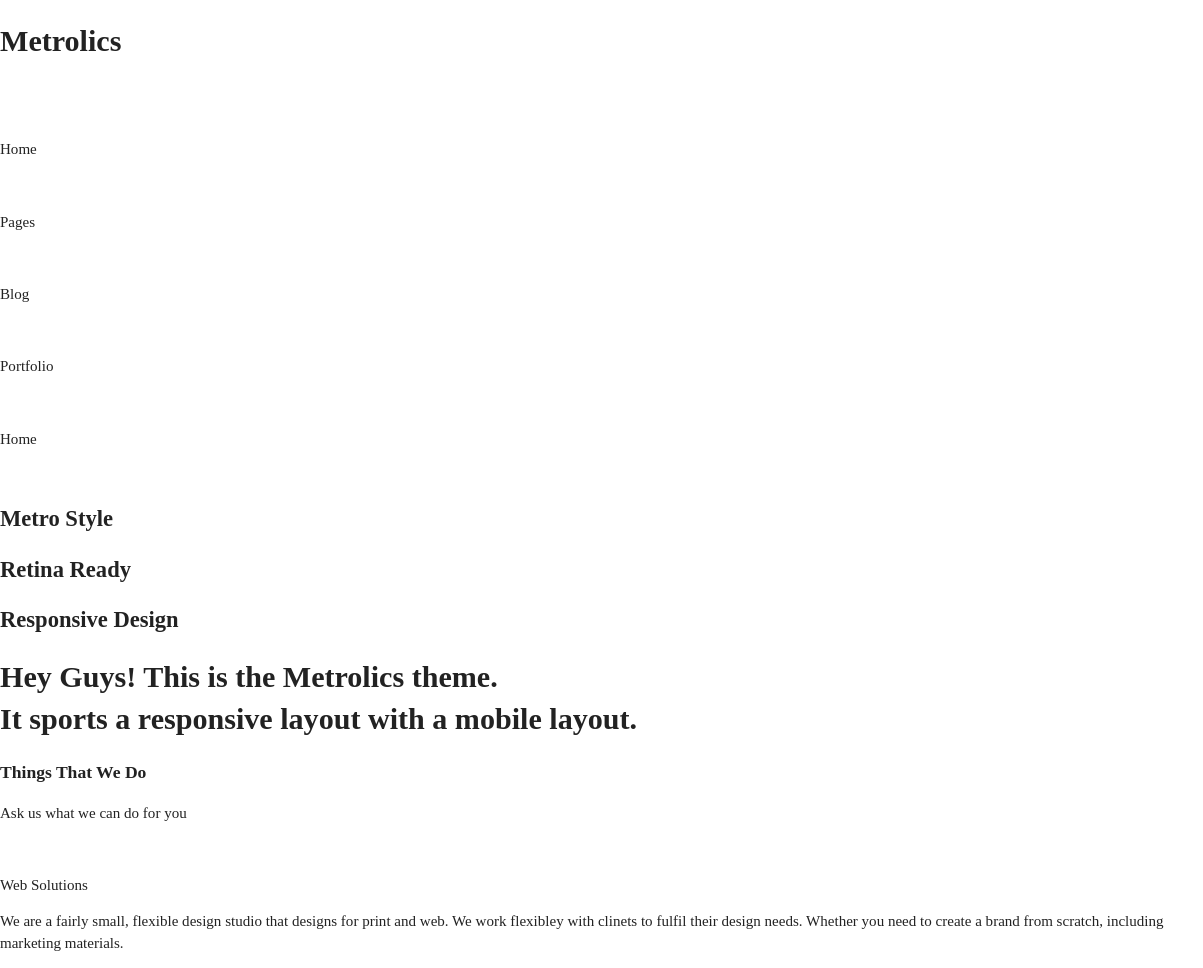
Repository: claudiashin/metrolics
Page: index.html
An editor plug-in stored every save of this project. The page is shown before and after the next save, followed by the edit.
The browser window is 1280 px wide. The pictures show the whole page, at 94% of full size.

Above is the page before, as saved 2021-01-27 15:43:00.

### index.html
<!doctype html>
<html class="no-js" lang="EN">

<head>
  <meta charset="utf-8">
  <title>MDIA 2003 Lab 3</title>
  <meta name="description" content="">
  <meta name="viewport" content="width=device-width, initial-scale=1">

  <link rel="manifest" href="site.webmanifest">
  <link rel="apple-touch-icon" href="icon.png">
  <!-- Place favicon.ico in the root directory -->

  <link rel="stylesheet" href="css/normalize.css">
  <link rel="stylesheet" href="css/main.css">
</head>

<body>
  <header class="page_header">
    <div class="logo">
      <div><h1>Metrolics</h1></div>
      <div class="logoimg"><img src=""></div>
    </div>
  </header>

  <nav class="page_nav">
    <div class="nav_container">
      <div class="nav_icon">
        <div><img src=""></div>
        <p>Home</p>
      </div>
      <div class="nav_icon">
        <div><img src=""></div>
        <p>Pages</p>
      </div><div class="nav_icon">
        <div><img src=""></div>
        <p>Blog</p>
      </div><div class="nav_icon">
        <div><img src=""></div>
        <p>Portfolio</p>
      </div><div class="nav_icon">
        <div><img src=""></div>
        <p>Home</p>
      </div>
    </div>
  </nav>

  <section class="main_container">
    <div class="heroimg">
      <img src="">
    </div>
    <div class="">
      <h2>Metro Style</h2>
      <h2>Retina Ready</h2>
      <h2>Responsive Design</h2>
    </div>
  </section>

  <section class="main_container">
    <div>
      <h1>Hey Guys! This is the <span class="textcol">Metrolics</span> theme.<br>It sports a responsive layout with a mobile layout.</h1>
    </div>
  </section>

  <section class="main_container">
    <div class="container">
      <h3>Things That We Do</h3>
      <p>Ask us what we can do for you</p>
    </div>
    <div class="container">
      <div class="container_feature">
        <div class="feature_img">
          <img src="">
        </div>
        <div><p>Web Solutions</p></div>
        <div><p>We are a fairly small, flexible design studio that designs for print
          and web. We work flexibley with clinets to fulfil their design needs. Whether
          you need to create a brand from scratch, including marketing materials.
        </p></div>
      </div>

    </div>

  </section>

  <section class="main_container">

  </section>

  <section class="main_container">

  </section>

  <article class="main_container">

  </article>

  <footer>

  </footer>
</body>

</html>

### css/main.css
/*! HTML5 Boilerplate v8.0.0 | MIT License | https://html5boilerplate.com/ */

/* main.css 2.1.0 | MIT License | https://github.com/h5bp/main.css#readme */
/*
 * What follows is the result of much research on cross-browser styling.
 * Credit left inline and big thanks to Nicolas Gallagher, Jonathan Neal,
 * Kroc Camen, and the H5BP dev community and team.
 */

/* ==========================================================================
   Base styles: opinionated defaults
   ========================================================================== */

html {
  color: #222;
  font-size: 1em;
  line-height: 1.4;
}

/*
 * Remove text-shadow in selection highlight:
 * https://twitter.com/miketaylr/status/12228805301
 *
 * Vendor-prefixed and regular ::selection selectors cannot be combined:
 * https://stackoverflow.com/a/16982510/7133471
 *
 * Customize the background color to match your design.
 */

::-moz-selection {
  background: #b3d4fc;
  text-shadow: none;
}

::selection {
  background: #b3d4fc;
  text-shadow: none;
}

/*
 * A better looking default horizontal rule
 */

hr {
  display: block;
  height: 1px;
  border: 0;
  border-top: 1px solid #ccc;
  margin: 1em 0;
  padding: 0;
}

/*
 * Remove the gap between audio, canvas, iframes,
 * images, videos and the bottom of their containers:
 * https://github.com/h5bp/html5-boilerplate/issues/440
 */

audio,
canvas,
iframe,
img,
svg,
video {
  vertical-align: middle;
}

/*
 * Remove default fieldset styles.
 */

fieldset {
  border: 0;
  margin: 0;
  padding: 0;
}

/*
 * Allow only vertical resizing of textareas.
 */

textarea {
  resize: vertical;
}

/* ==========================================================================
   Author's custom styles
   ========================================================================== */

/* ==========================================================================
   Helper classes
   ========================================================================== */

/*
 * Hide visually and from screen readers
 */

.hidden,
[hidden] {
  display: none !important;
}

/*
 * Hide only visually, but have it available for screen readers:
 * https://snook.ca/archives/html_and_css/hiding-content-for-accessibility
 *
 * 1. For long content, line feeds are not interpreted as spaces and small width
 *    causes content to wrap 1 word per line:
 *    https://medium.com/@jessebeach/beware-smushed-off-screen-accessible-text-5952a4c2cbfe
 */

.sr-only {
  border: 0;
  clip: rect(0, 0, 0, 0);
  height: 1px;
  margin: -1px;
  overflow: hidden;
  padding: 0;
  position: absolute;
  white-space: nowrap;
  width: 1px;
  /* 1 */
}

/*
 * Extends the .sr-only class to allow the element
 * to be focusable when navigated to via the keyboard:
 * https://www.drupal.org/node/897638
 */

.sr-only.focusable:active,
.sr-only.focusable:focus {
  clip: auto;
  height: auto;
  margin: 0;
  overflow: visible;
  position: static;
  white-space: inherit;
  width: auto;
}

/*
 * Hide visually and from screen readers, but maintain layout
 */

.invisible {
  visibility: hidden;
}

/*
 * Clearfix: contain floats
 *
 * For modern browsers
 * 1. The space content is one way to avoid an Opera bug when the
 *    `contenteditable` attribute is included anywhere else in the document.
 *    Otherwise it causes space to appear at the top and bottom of elements
 *    that receive the `clearfix` class.
 * 2. The use of `table` rather than `block` is only necessary if using
 *    `:before` to contain the top-margins of child elements.
 */

.clearfix::before,
.clearfix::after {
  content: " ";
  display: table;
}

.clearfix::after {
  clear: both;
}

/* ==========================================================================
   EXAMPLE Media Queries for Responsive Design.
   These examples override the primary ('mobile first') styles.
   Modify as content requires.
   ========================================================================== */

@media only screen and (min-width: 35em) {
  /* Style adjustments for viewports that meet the condition */
}

@media print,
  (-webkit-min-device-pixel-ratio: 1.25),
  (min-resolution: 1.25dppx),
  (min-resolution: 120dpi) {
  /* Style adjustments for high resolution devices */
}

/* ==========================================================================
   Print styles.
   Inlined to avoid the additional HTTP request:
   https://www.phpied.com/delay-loading-your-print-css/
   ========================================================================== */

@media print {
  *,
  *::before,
  *::after {
    background: #fff !important;
    color: #000 !important;
    /* Black prints faster */
    box-shadow: none !important;
    text-shadow: none !important;
  }

  a,
  a:visited {
    text-decoration: underline;
  }

  a[href]::after {
    content: " (" attr(href) ")";
  }

  abbr[title]::after {
    content: " (" attr(title) ")";
  }

  /*
   * Don't show links that are fragment identifiers,
   * or use the `javascript:` pseudo protocol
   */
  a[href^="#"]::after,
  a[href^="javascript:"]::after {
    content: "";
  }

  pre {
    white-space: pre-wrap !important;
  }

  pre,
  blockquote {
    border: 1px solid #999;
    page-break-inside: avoid;
  }

  /*
   * Printing Tables:
   * https://web.archive.org/web/20180815150934/http://css-discuss.incutio.com/wiki/Printing_Tables
   */
  thead {
    display: table-header-group;
  }

  tr,
  img {
    page-break-inside: avoid;
  }

  p,
  h2,
  h3 {
    orphans: 3;
    widows: 3;
  }

  h2,
  h3 {
    page-break-after: avoid;
  }
}

Loaded but not shown: css/normalize.css (library)

After the next save:
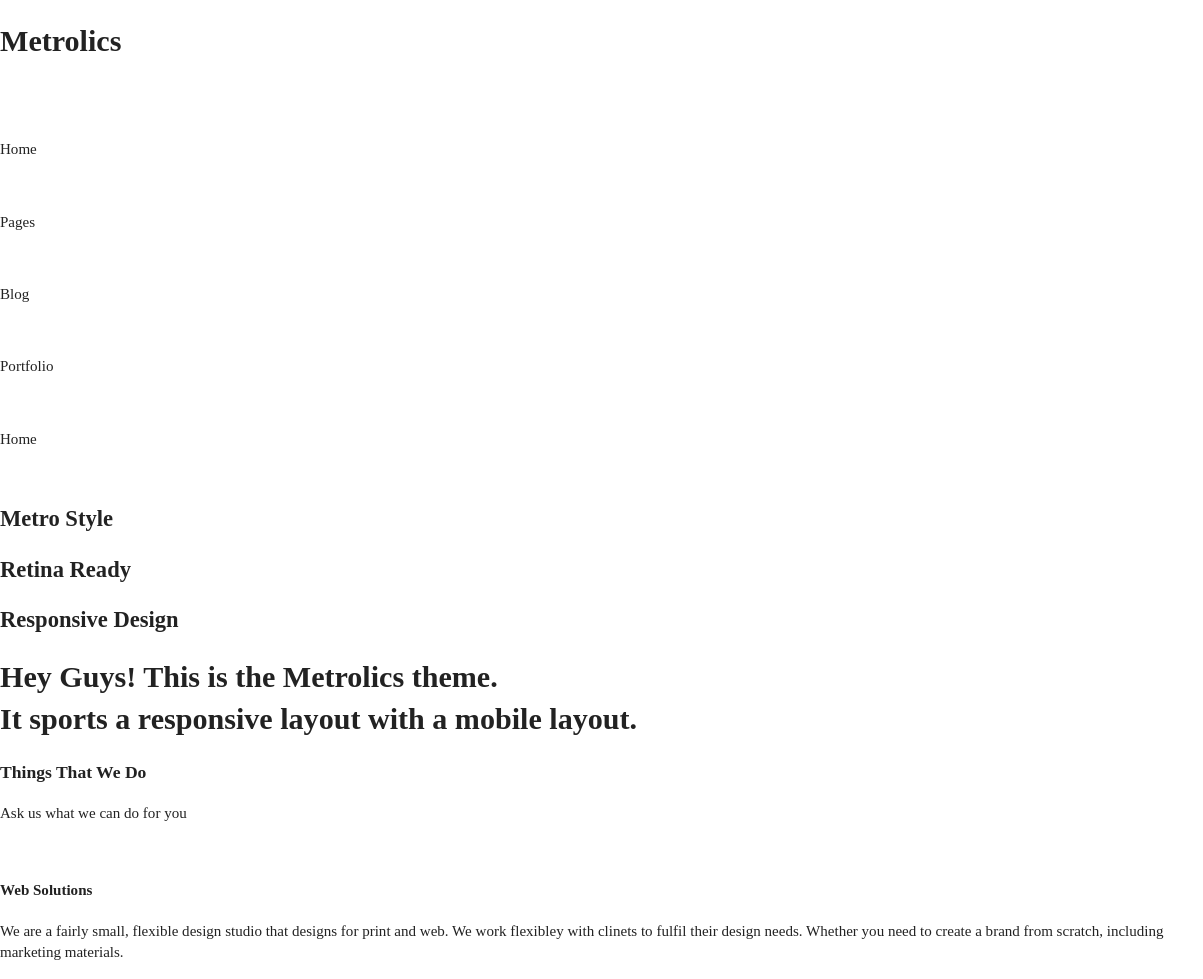
Saved 43 s later.
--- a/index.html
+++ b/index.html
@@ -72,7 +72,7 @@
         <div class="feature_img">
           <img src="">
         </div>
-        <div><p>Web Solutions</p></div>
+        <div><h4>Web Solutions</p></div>
         <div><p>We are a fairly small, flexible design studio that designs for print
           and web. We work flexibley with clinets to fulfil their design needs. Whether
           you need to create a brand from scratch, including marketing materials.
